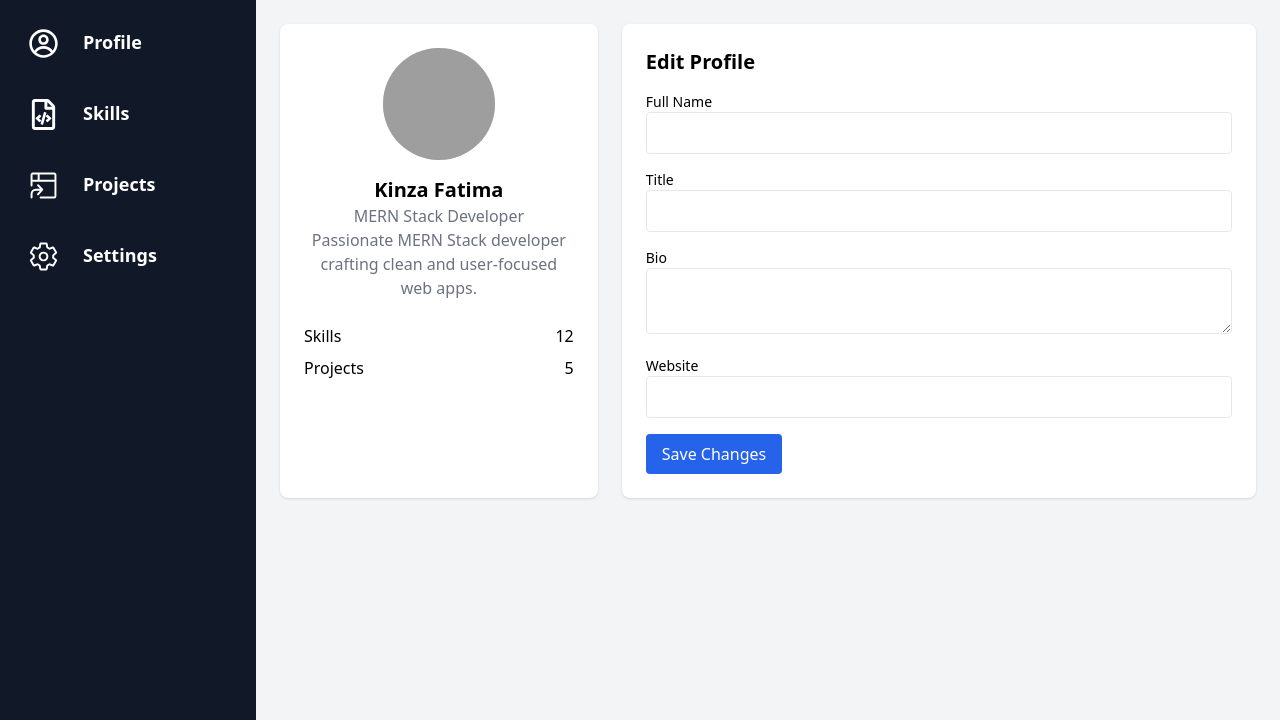
Repository: alizey12/DevLinker-Developer-Portfolio-Builder
Page: /dashboard/profile
These files come from the project's save history. The page is drawn as it stood at one moment and after a run of saves; the edit follows.
The browser window is 1280 px wide. The pictures show the whole page.
Pictures or frames that could not be fetched are drawn as grey boxes. The project was rebuilt for these pictures with package versions that can differ from the ones it lists, and the page was loaded fresh each time. Also part of the build but not shown: vite.config.js, src/Pages/Login.jsx, src/Pages/Signup.jsx, src/Pages/Portfolio.jsx, src/Pages/Page404.jsx, src/Pages/Dashboard/Skills.jsx, src/Pages/Dashboard/Project.jsx, src/Pages/Dashboard/Setting.jsx.

Above is the page before, as saved 2025-06-28 21:56:14.

### src/main.jsx
import { StrictMode } from 'react'

import { createRoot } from 'react-dom/client'
import './index.css'
import App from './App.jsx'
import { BrowserRouter } from 'react-router'

createRoot(document.getElementById('root')).render(
  <StrictMode>
  <BrowserRouter>
    <App />
    </BrowserRouter>
  </StrictMode>,
)

### src/App.jsx
import AppRoutes from "./Routes/AppRoutes";

function App() {
  return (
    <>
<AppRoutes />
    </>
  )
}

export default App

### src/Routes/AppRoutes.jsx
import React from 'react';
import { Routes, Route } from 'react-router';

import DashboardLayout from '../Components/Layout/DashboardLayout';
import Login from '../Pages/Login';
import Signup from '../Pages/Signup';
import Portfolio from '../Pages/Portfolio';
import Page404 from "../Pages/Page404";

import Profile from '../Pages/Dashboard/Profile';
import Skills from '../Pages/Dashboard/Skills';
import Projects from '../Pages/Dashboard/Project';
import Settings from '../Pages/Dashboard/Setting';

const AppRoutes = () => {
  return (
    <Routes>
      {/* Public Routes */}
      <Route path='/' element={<Login />} />
      <Route path='/signup' element={<Signup />} />
      <Route path='/portfolio/:username' element={<Portfolio />} />

      {/* Dashboard Routes */}
      <Route path='/dashboard' element={<DashboardLayout />}>
        <Route path="profile" element={<Profile />} />
        <Route path="skills" element={<Skills />} />
        <Route path="projects" element={<Projects />} />
        <Route path="settings" element={<Settings />} />
      </Route>

      {/* 404 Page */}
      <Route path='*' element={<Page404 />} />
    </Routes>
  );
};

export default AppRoutes;

### src/Components/Layout/DashboardLayout.jsx
import React from 'react'
import { Outlet } from 'react-router'
import Sidebar from '../Sidebar'

const DashboardLayout = () => {
  return (
    <div className="flex min-h-screen">
      {/* Sidebar on the left */}
      <Sidebar />

      {/* Main content */}
      <main className="flex-1 p-6 bg-gray-100">
        <Outlet />
      </main>
    </div>
  )
}

export default DashboardLayout

### src/Pages/Dashboard/Profile.jsx
import React, { useState } from 'react'



const Profile = () => {
  const [name, setName] = useState('');
  const [bio, setBio] = useState('');
  const [title, setTitle] = useState('');
  const [website, setWebsite] = useState('');
  const [savedProfile, setsavedProfile] = useState();

  function handleSubmit(e) {
    e.preventDefault()
    console.log(name,bio,title,website)
  }
  return (
    <div className="flex flex-col md:flex-row gap-6">
      {/* Left: Profile Card */}
      <div className="w-full md:w-1/3 bg-white p-6 rounded-lg shadow">
        <img
          src="https://static.vecteezy.com/system/resources/previews/036/473/336/original/ai-generated-asian-girl-as-a-modern-day-tech-entrepreneur-on-transparent-background-png.png"
          alt="Avatar"
          className="w-28 h-28 bg-gray-300 rounded-full mx-auto"
        />
        <h2 className="text-center text-xl font-semibold mt-4">Kinza Fatima</h2>
        <p className="text-center text-gray-500">MERN Stack Developer</p>
        <p className="text-center text-gray-500">Passionate MERN Stack developer crafting clean and user-focused web apps.</p>
        <p className="text-center text-gray-500"></p>


        {/* Stats */}
        <div className="mt-6 space-y-2">
          <div className="flex justify-between">
            <span>Skills</span>
            <span>12</span>
          </div>
          <div className="flex justify-between">
            <span>Projects</span>
            <span>5</span>
          </div>
        </div>
      </div>

      {/* Right: Edit Form */}
      <div className="w-full md:w-2/3 bg-white p-6 rounded-lg shadow">
        <h2 className="text-xl font-semibold mb-4">Edit Profile</h2>
        <form className="space-y-4">
          <div>
            <label className="block text-sm font-medium">Full Name</label>
            <input value={name} onChange={(e)=>setName(e.target.value)} type="text" className="w-full border p-2 rounded" />
          </div>
          <div>
            <label className="block text-sm font-medium">Title</label>
            <input value={title} onChange={(e)=>setTitle(e.target.value)} type="text" className="w-full border p-2 rounded" />
          </div>
          <div>
            <label className="block text-sm font-medium">Bio</label>
            <textarea value={bio} onChange={(e)=>setBio(e.target.value)} className="w-full border p-2 rounded"></textarea>
          </div>
          <div>
            <label className="block text-sm font-medium">Website</label>
            <input value={website} onChange={(e)=>setWebsite(e.target.value)} type="url" className="w-full border p-2 rounded" />
          </div>
          <button onClick={handleSubmit} className="bg-blue-600 text-white px-4 py-2 rounded">Save Changes</button>
        </form>
      </div>
    </div>
  )
}

export default Profile

### src/Components/Sidebar.jsx
import React from 'react'
import { NavLink } from 'react-router'
import { CgProfile } from "react-icons/cg";
import { FaRegFileCode } from "react-icons/fa";
import { GoProjectSymlink } from "react-icons/go";
import { IoSettingsOutline } from "react-icons/io5";

const Sidebar = () => {
  return (
    <div>
      <aside className="w-64 min-h-screen bg-gray-900 text-white p-4">
  <ul className="space-y-4">
    <li className='flex '><CgProfile className='p-3' size={55}/> <NavLink className='p-3 font-semibold text-lg' to="profile">Profile</NavLink></li>
    <li className='flex'><FaRegFileCode className='p-3' size={55}/> <NavLink className='p-3 font-semibold text-lg'  to="skills">Skills</NavLink></li>
    <li className='flex'><GoProjectSymlink  className='p-3' size={55}/> <NavLink className='p-3 font-semibold text-lg'  to="projects">Projects</NavLink> </li>
    <li className='flex'><IoSettingsOutline className='p-3' size={55} /> <NavLink className='p-3 font-semibold text-lg'  to="settings">Settings</NavLink></li>
  </ul>
</aside>

    </div>
  )
}

export default Sidebar

Loaded but not shown: index.html (common file); src/index.css (common file); tailwind.config.js (common file)

After the next 3 saves:
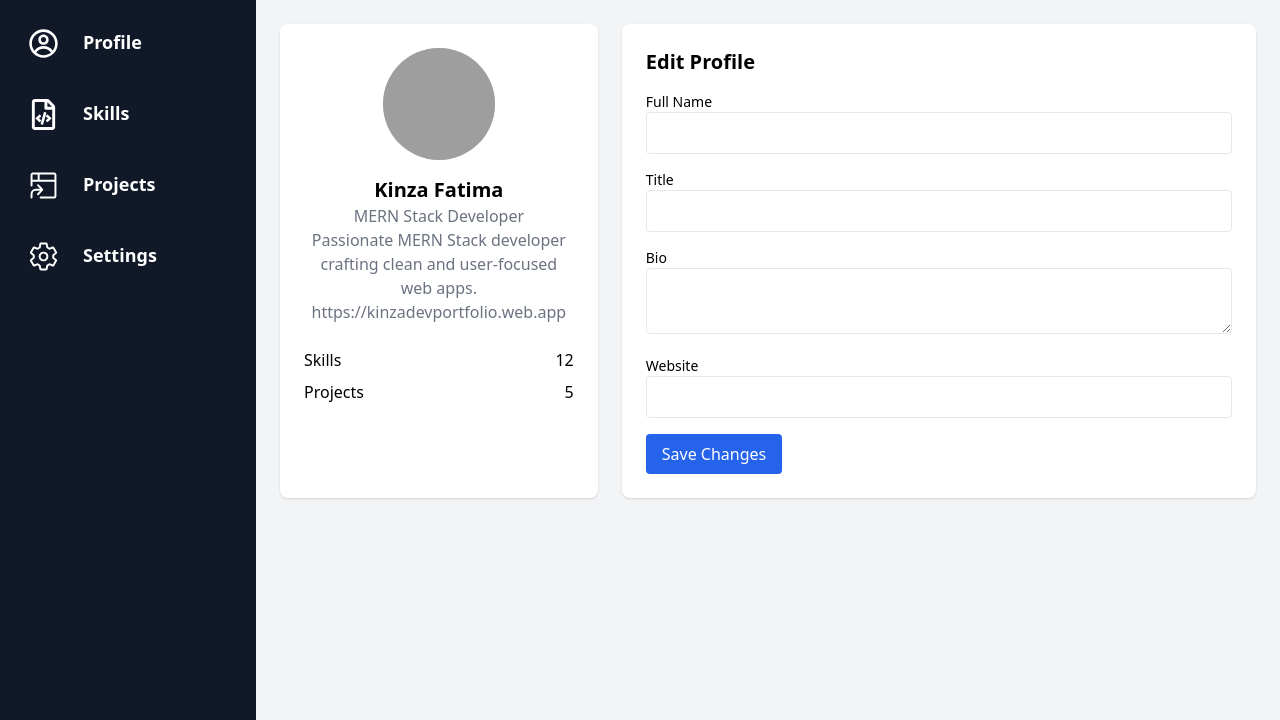
The 3 saves are shown as one change because they came seconds apart.
The last was saved 12 s later.
--- a/src/Pages/Dashboard/Profile.jsx
+++ b/src/Pages/Dashboard/Profile.jsx
@@ -25,7 +25,7 @@ const Profile = () => {
         <h2 className="text-center text-xl font-semibold mt-4">Kinza Fatima</h2>
         <p className="text-center text-gray-500">MERN Stack Developer</p>
         <p className="text-center text-gray-500">Passionate MERN Stack developer crafting clean and user-focused web apps.</p>
-        <p className="text-center text-gray-500"></p>
+        <p className="text-center text-gray-500">https://kinzadevportfolio.web.app</p>
 
 
         {/* Stats */}
